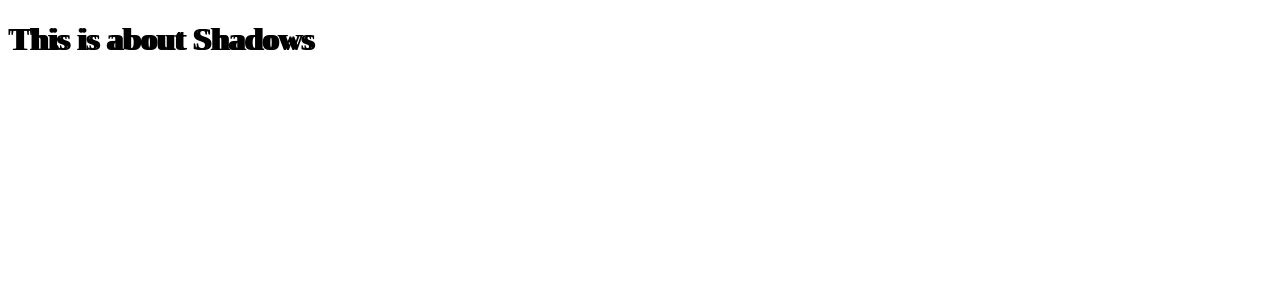
Repository: nottonofclay/csi_waymo
Page: shadows/shadows.html
These files come from the project's save history. The page is drawn as it stood at one moment and after the next save; the edit follows.
The browser window is 1280 px wide. The pictures show the whole page.

Above is the page before, as saved 2023-07-06 12:00:01.

### shadows/shadows.html
<!DOCTYPE html>
<html lang="en">
<head>
    <meta charset="UTF-8">
    <meta name="viewport" content="width=device-width, initial-scale=1.0">
    <title>Document</title>
    <link rel="stylesheet" href="shadows.css">
</head>
<body>
    <h1>This is about Shadows</h1>
</body>
</html>

### shadows/shadows.css
/* x-axis */
h1 {
    text-shadow: 3px 0px 0px black;
}

After the next save:
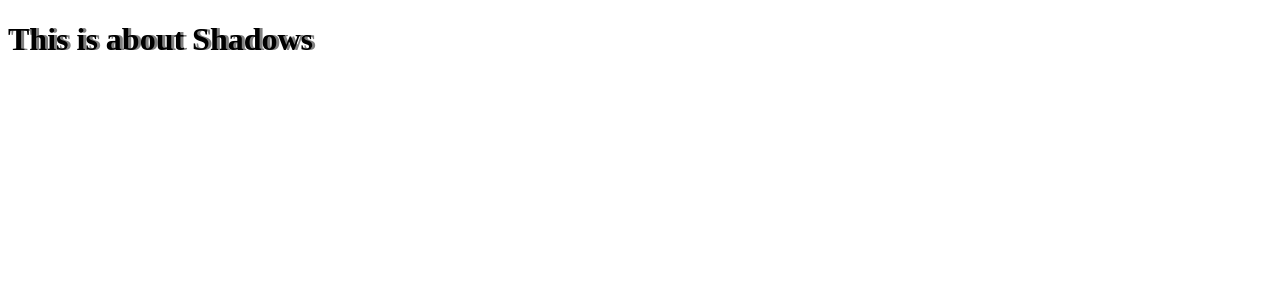
Saved 5 s later.
--- a/shadows/shadows.css
+++ b/shadows/shadows.css
@@ -1,4 +1,4 @@
 /* x-axis */
 h1 {
-    text-shadow: 3px 0px 0px black;
+    text-shadow: 3px 0px 0px grey;
 }
